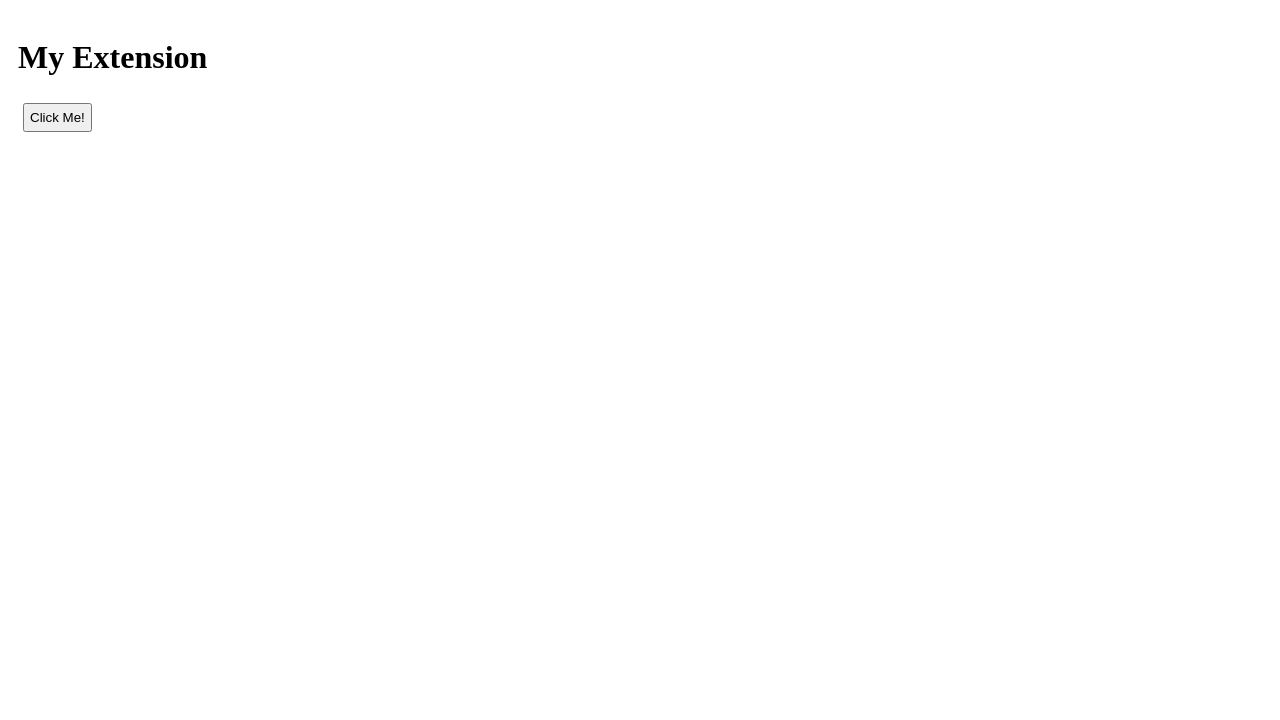
Repository: 1242128273wangpeng/MapTransformTools
Page: popup.html
These files come from the project's save history. The page is drawn as it stood at one moment and after the next save; the edit follows.
The browser window is 1280 px wide. The pictures show the whole page.

Above is the page before, as saved 2025-01-19 14:55:31.

### popup.html
<!DOCTYPE html>
<html>
  <head>
    <title>My Extension</title>
    <style>
      body {
        width: 300px;
        padding: 10px;
      }
      button {
        margin: 5px;
        padding: 5px;
      }
    </style>
  </head>
  <body>
    <h1>My Extension</h1>
    <button id="myButton">Click Me!</button>
    <script src="popup.js"></script>
  </body>
</html>

### popup.js
document.getElementById('myButton').addEventListener('click', function () {
	alert('Button clicked!');
});

After the next save:
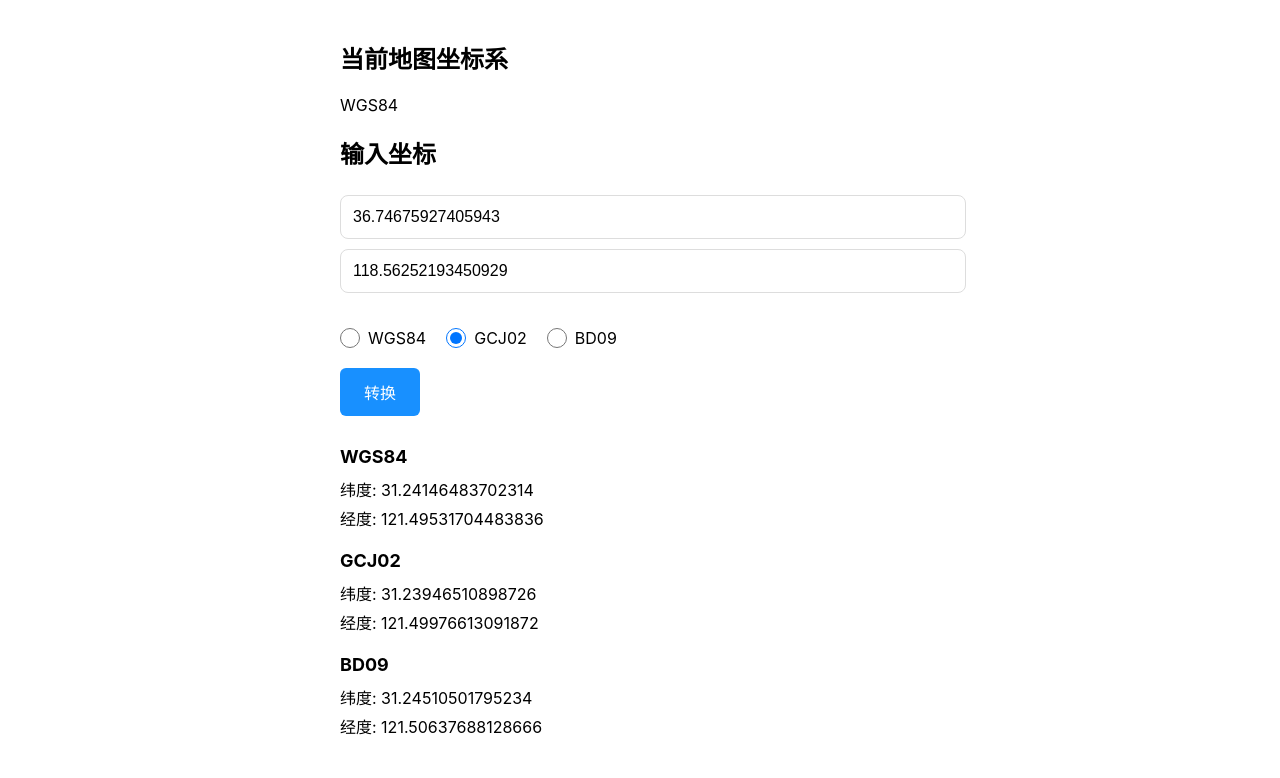
Saved 3 min 57 s later.
--- a/popup.html
+++ b/popup.html
@@ -1,21 +1,132 @@
 <!DOCTYPE html>
 <html>
   <head>
-    <title>My Extension</title>
+    <title>坐标转换</title>
     <style>
       body {
-        width: 300px;
-        padding: 10px;
+        font-family: -apple-system, BlinkMacSystemFont, 'Segoe UI', Roboto, Oxygen, Ubuntu, Cantarell, sans-serif;
+        padding: 20px;
+        max-width: 600px;
+        margin: 0 auto;
       }
-      button {
-        margin: 5px;
-        padding: 5px;
+
+      h2 {
+        margin-bottom: 20px;
+        font-weight: bold;
+      }
+
+      .input-section {
+        margin-bottom: 30px;
+      }
+
+      .coordinate-input {
+        width: 100%;
+        padding: 12px;
+        margin: 5px 0;
+        border: 1px solid #ddd;
+        border-radius: 8px;
+        font-size: 16px;
+      }
+
+      .coordinate-types {
+        margin: 20px 0;
+        display: flex;
+        gap: 20px;
+      }
+
+      .radio-group {
+        display: flex;
+        align-items: center;
+        gap: 8px;
+      }
+
+      .radio-group input[type="radio"] {
+        width: 20px;
+        height: 20px;
+        margin: 0;
+      }
+
+      .convert-btn {
+        background-color: #1890ff;
+        color: white;
+        border: none;
+        padding: 12px 24px;
+        border-radius: 6px;
+        cursor: pointer;
+        font-size: 16px;
+      }
+
+      .result-section {
+        margin-top: 30px;
+      }
+
+      .coordinate-system {
+        margin-bottom: 20px;
+      }
+
+      .coordinate-system h3 {
+        font-size: 18px;
+        margin-bottom: 10px;
+      }
+
+      .coordinate-value {
+        margin: 5px 0;
+        font-size: 16px;
       }
     </style>
   </head>
   <body>
-    <h1>My Extension</h1>
-    <button id="myButton">Click Me!</button>
-    <script src="popup.js"></script>
+    <h2>当前地图坐标系</h2>
+    <div>WGS84</div>
+
+    <div class="input-section">
+      <h2>输入坐标</h2>
+      <input type="text" class="coordinate-input" value="36.74675927405943">
+      <input type="text" class="coordinate-input" value="118.56252193450929">
+    </div>
+
+    <div class="coordinate-types">
+      <div class="radio-group">
+        <input type="radio" id="wgs84" name="coordType">
+        <label for="wgs84">WGS84</label>
+      </div>
+      <div class="radio-group">
+        <input type="radio" id="gcj02" name="coordType" checked>
+        <label for="gcj02">GCJ02</label>
+      </div>
+      <div class="radio-group">
+        <input type="radio" id="bd09" name="coordType">
+        <label for="bd09">BD09</label>
+      </div>
+    </div>
+
+    <button class="convert-btn">转换</button>
+
+    <div class="result-section">
+      <div class="coordinate-system">
+        <h3>WGS84</h3>
+        <div class="coordinate-value">纬度: 31.24146483702314</div>
+        <div class="coordinate-value">经度: 121.49531704483836</div>
+      </div>
+
+      <div class="coordinate-system">
+        <h3>GCJ02</h3>
+        <div class="coordinate-value">纬度: 31.23946510898726</div>
+        <div class="coordinate-value">经度: 121.49976613091872</div>
+      </div>
+
+      <div class="coordinate-system">
+        <h3>BD09</h3>
+        <div class="coordinate-value">纬度: 31.24510501795234</div>
+        <div class="coordinate-value">经度: 121.50637688128666</div>
+      </div>
+    </div>
+
+    <script>
+      document.querySelector('.convert-btn').addEventListener('click', function() {
+        // Add conversion logic here
+        console.log('Converting coordinates...');
+      });
+    </script>
   </body>
 </html>
